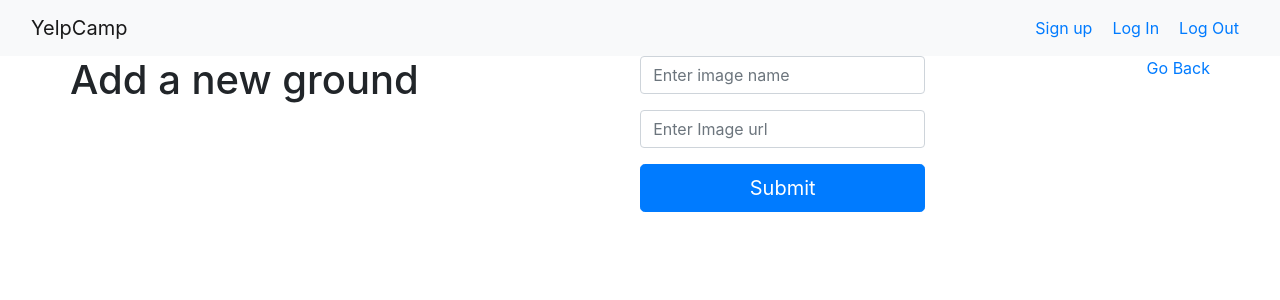
Repository: N-Verma/Webdev-Backend-
Page: http://localhost/campgrounds/new
The author's editor kept a record of every edit. The page is drawn from the files as they stood at one moment, then again after the next edit.
The browser window is 1280 px wide. The pictures show the whole page.
The page is served by the project's Node server (YelpCamp/v2/app.js).

Above is the page before.

### Web dev (backend)/environment/YelpCamp/v2/views/new.ejs
<%include partials/header%>
<div class="container">
    <div class="row">
        <h1>Add a new ground</h1>
        <div style = "width:25%; margin:0 auto;">
            <form action="/campgrounds" method="POST">
                <div class="form-group">
                    <input class="form-control"type="text" name="name" placeholder="Enter image name">
                </div>

                <div class="form-group">
                    <input class="form-control"type="text" name="img" placeholder="Enter Image url">
                </div>

                <button class="btn btn-lg btn-primary btn-block">Submit</button>
            </form>
        </div>
        <a href="/campgrounds"><buttonclass="btn btn-primary">Go Back</button></a>
    </div>
</div>

<%include partials/footer%>

### Web dev (backend)/environment/YelpCamp/v2/views/partials/header.ejs
 <!DOCTYPE html>
 <html>
     <head>
         <title>YelpCamp</title>
         <link href="https://stackpath.bootstrapcdn.com/bootstrap/4.3.1/css/bootstrap.min.css" rel="stylesheet">
         <style>
             .navbar-nav > li{
                  padding-left:10px;
                  padding-right:10px;
            }
            image{
                margin-left:20px;
                margin-right:20px;
            }
         </style>
    </head>
    <body>
    <nav class="navbar navbar-expand-lg navbar-light bg-light">
        <div class="container-fluid">
            <div class="navbar-header">
                <a class="navbar-brand" href="/">YelpCamp</a>
            </div>
            <div class="collapse navbar-collapse">
                <ul class="nav navbar-nav ml-auto">
                    <li><a href="/">Sign up</a></li>
                    <li><a href="/">Log In</a></li>
                    <li><a href="/">Log Out</a></li>
                </ul>
            </div>
        </div>
    </nav>

### Web dev (backend)/environment/YelpCamp/v2/views/partials/footer.ejs

    </body>
 </html>

### Web dev (backend)/environment/YelpCamp/v2/app.js
var express = require("express");
var app  = express();
var bodyParser = require("body-parser");
var mongoose = require("mongoose");

mongoose.connect('mongodb://localhost:27017/yourDatabase', { useNewUrlParser: true });


//schema setup
var campgroundSchema = new mongoose.Schema({
    name: String,
    image: String,
    description: String
});

var Campground = mongoose.model("Campground", campgroundSchema);

//Campground.create(
//    {
//        name: "LongCamp",
//        image:"https://s-ec.bstatic.com/images/hotel/max1024x768/121/121021906.jpg",
//        description:"This is a very long camp, stretching miles across the ocean. It has zero contact with the outside world"
//    },
//    function(err,campground){
//        if(err){
//            console.log(err);
//        } else{
//            console.log(campground);
//        }
//    }
//
//);


app.use(bodyParser.urlencoded({extended: true}));
app.set("view engine","ejs");

app.get("/", function(req,res){
   res.render("landing");
});

app.get("/campgrounds", function(req,res){
    Campground.find({},function(err, allCampgrounds){
        if(err){
            console.log(err);
        } else{
            res.render("index",{campgrounds: allCampgrounds});
        }
    });

});

app.get("/campgrounds/new",function(req, res) {
   res.render("new");
});

app.post("/campgrounds",function(req,res){
    var name = req.body.name;
    var image = req.body.img;
    var desc = req.body.description;
    var newCampground = {name:name, image:image, description:desc};
    Campground.create(newCampground,function(err,newlycreated){
        if(err){
            console.log(err);
        } else{
            res.redirect("/campgrounds");
        }
    })
});

app.get("/campgrounds/:id", function(req, res) {
    Campground.findById(req.params.id, function(err,foundCampground){
        if(err){
            console.log(err)
        } else{
            res.render("show", {campground: foundCampground});
        }
    });

})

app.listen(process.env.PORT,process.env.IP, function(){
   console.log("Yelpcamp started");
});

After the next edit:
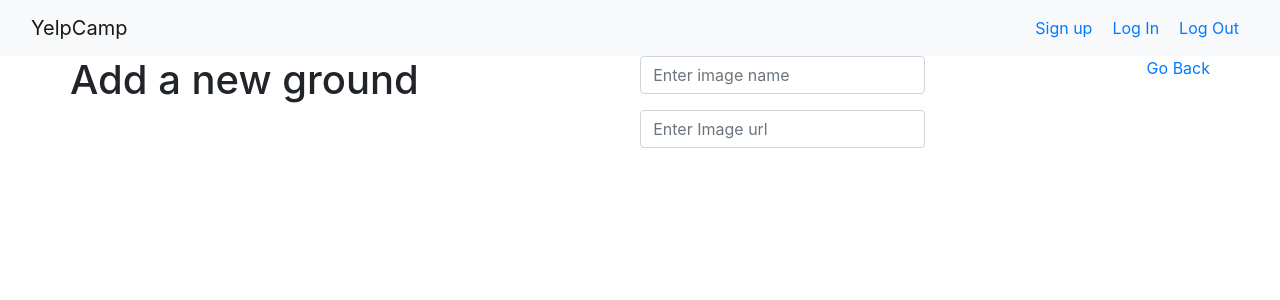
The edit:
--- a/Web dev (backend)/environment/YelpCamp/v2/views/new.ejs
+++ b/Web dev (backend)/environment/YelpCamp/v2/views/new.ejs
@@ -11,8 +11,10 @@
                 <div class="form-group">
                     <input class="form-control"type="text" name="img" placeholder="Enter Image url">
                 </div>
+                <div class="form-group">
 
-                <button class="btn btn-lg btn-primary btn-block">Submit</button>
+                </div>
+
             </form>
         </div>
         <a href="/campgrounds"><buttonclass="btn btn-primary">Go Back</button></a>

After the edit that followed:
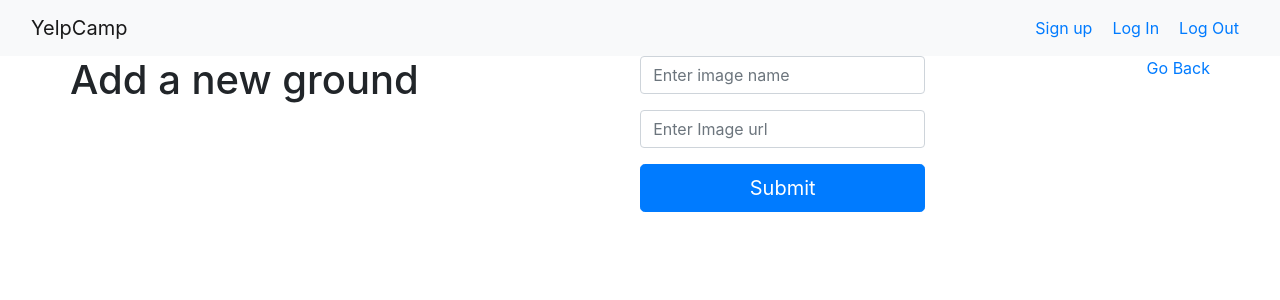
The edit:
--- a/Web dev (backend)/environment/YelpCamp/v2/views/new.ejs
+++ b/Web dev (backend)/environment/YelpCamp/v2/views/new.ejs
@@ -12,9 +12,8 @@
                     <input class="form-control"type="text" name="img" placeholder="Enter Image url">
                 </div>
                 <div class="form-group">
-
+                    <button class="btn btn-lg btn-primary btn-block">Submit</button>
                 </div>
-
             </form>
         </div>
         <a href="/campgrounds"><buttonclass="btn btn-primary">Go Back</button></a>
